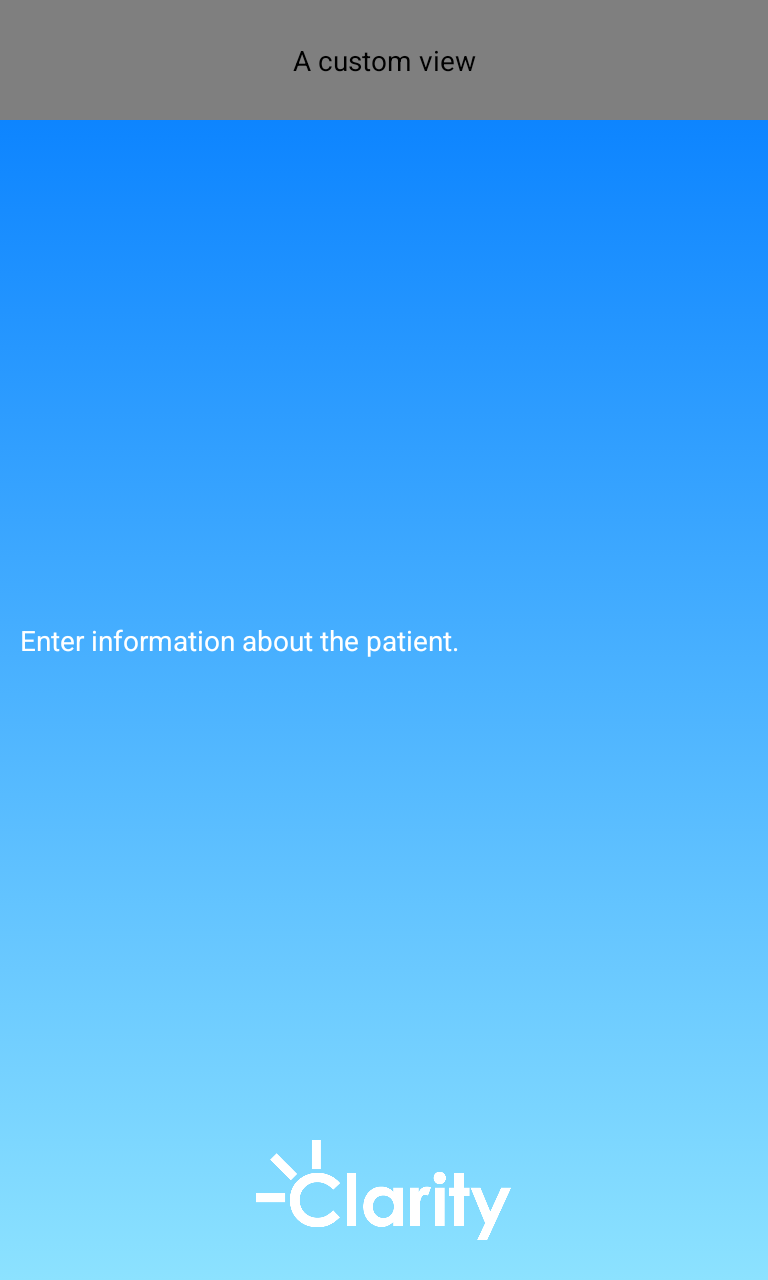
Repository: jballands/ClarityAndroid
Layout: ClarityForAndroid/res/layout/activity_cap_demo.xml
These files come from the project's save history. The layout is drawn as it stood at one moment and after the next save; the edit follows.
Pictures or frames that could not be fetched are drawn as grey boxes. It is drawn on a 768 x 1280 px phone screen (xhdpi) without system bars, with theme AppTheme; the app's code is not run.

Above is the layout before, as saved 2013-11-21 20:03:41.

### ClarityForAndroid/res/layout/activity_cap_demo.xml
<?xml version="1.0" encoding="utf-8"?>
<RelativeLayout xmlns:android="http://schemas.android.com/apk/res/android"
    android:layout_width="fill_parent"
    android:layout_height="fill_parent"
    android:background="@color/welcome_gradient"
    android:orientation="vertical" >

    <com.clarityforandroid.views.CurrentUserView
        android:id="@+id/currentUserView"
        android:layout_width="match_parent"
        android:layout_height="60dp"
        android:layout_alignParentTop="true"
        android:contentDescription="@string/custom_descript" />

    <RelativeLayout
        android:layout_width="fill_parent"
        android:layout_height="wrap_content"
        android:layout_centerInParent="true"
        android:paddingLeft="10sp"
        android:paddingRight="10sp" >

        <TextView
			android:id="@+id/userId"
		    android:layout_width="wrap_content"
		    android:layout_height="wrap_content"
		    android:text="@string/cap_demo_message"
		    android:textColor="#FFFFFF"
		    android:contentDescription="@string/textview_descript" />

    </RelativeLayout>

    <ImageView
        android:id="@+id/logo"
        android:layout_width="wrap_content"
        android:layout_height="50dp"
        android:layout_alignParentBottom="true"
        android:layout_centerHorizontal="true"
        android:layout_marginBottom="20sp"
        android:layout_marginTop="20sp"
        android:contentDescription="@string/image_descript"
        android:src="@drawable/full_logo" />

</RelativeLayout>

### ClarityForAndroid/res/color/welcome_gradient.xml
<?xml version="1.0" encoding="utf-8"?>
<selector xmlns:android="http://schemas.android.com/apk/res/android">
<item>
    <shape>
        <gradient
            android:angle="90"
            android:startColor="#8CE2FF"
            android:endColor="#007BFF"
            android:type="linear" />
    </shape>
</item>
</selector>

### ClarityForAndroid/res/values/strings.xml
<?xml version="1.0" encoding="utf-8"?>
<resources>

    <string name="app_name">Clarity</string>
    <string name="copyrightInfo">©2014 Akshay Sharma, Aditya Johri, Jonathan Ballands, Samuel Gillispie</string>
    <string name="menu_settings">Settings</string>

    <string name="image_descript">An image</string>
    <string name="custom_descript">A custom view</string>
    <string name="textview_descript">A text view</string>
    <string name="logout_message">Sign Out</string>
    <string name="search_patient_message">Query</string>
    <string name="welcome_message">You must sign in to use Clarity.</string>
    <string name="username_hint">Username</string>
    <string name="password_hint">Password</string>
    <string name="firstname_hint">First name</string>
    <string name="middlename_hint">Middle name</string>
    <string name="lastname_hint">Last name</string>
    <string name="login_message">Sign in</string>
    <string name="dismiss_message">OK</string>
    <string name="trace_message">Trace</string>
    <string name="pref_message">System</string>
    <string name="error_title">Unexpected Error</string>
    <string name="your_token">Your session token:</string>
    <string name="male">Male</string>
    <string name="female">Female</string>
    <string name="dobMsg">Patient Date of Birth:</string>
    <string name="next_message">Next</string>
    <string name="location_hint">Location</string>
    <string name="genderMsg">Patient Sex:</string>
    <string name="bad_fields_title">Invalid Fields</string>
    <string name="camera_start_message">Take a Picture</string>
    <string name="skip_camera_message">Skip This Step</string>
    <string name="qr_start_message">Scan QR Code</string>
    <string name="bad_qr_title">Invalid QR Code</string>
    <string name="create_client">Create Client</string>
    <string name="no_location">No location specified.</string>

    <string name="generic_error">Unfortunately, an error has occurred. Please try again later.</string>
    <string name="no_internet">Your Android device must be connected to the Internet in order to use Clarity. Please
        check that you are connected to a cellular network or Wifi before continuing. Go to your system settings to
        enable Internet access.</string>
    <string name="sign_in_error">The username/password combination you entered was not recognized.
        Review your credentials and try again.</string>
    <string name="sign_out_reassurance">Are you sure you would like to sign out?</string>
    <string name="leave_CAP_reassurance">Are you sure you would like to quit the creation process?</string>
    <string name="skip_step_reassurance">Are you sure you want to skip taking a picture of the client? Taking a picture
        is highly recommended.</string>
    <string name="sign_out_wait">Signing out</string>
    <string name="sign_in_wait">Signing in</string>
    <string name="create_patient_wait">Communicating with server</string>
    <string name="invalid_session">The session token is no longer valid.</string>
    <string name="cap_demo_message">Enter information about the patient.</string>
    <string name="bad_fields">Please enter information into all fields that appear in red.</string>
    <string name="cameraInstructions">Take a picture of the client.</string>
    <string name="systemInstructions">Current session info is displayed. To go back, press the back button on your device.</string>
    <string name="qrInstructions">Scan a Clarity QR Code for the client\'s ticket.</string>
    <string name="bad_qr_message">The QR code you scanned was invalid. Ensure you are only using QR codes
        generated by the Clarity Console and try again.</string>
    <string name="overview_confirmation">Are these settings okay? To go back, press the back button on your device.</string>
    <string name="invalid_token">The session token is no longer valid.</string>
    <string name="malformed_data">The session token is no longer valid.</string>
    <string name="server_error">The server is experiencing technical difficulties. Please try again later.</string>

    <!-- API -->
	<string name="session_begin_stable">https://clarity-db.appspot.com/api/session_begin</string>
	<string name="session_begin_unstable">http://spgill.net:8000/api/session_begin</string>

	<string name="session_end_stable">https://clarity-db.appspot.com/api/session_end</string>
	<string name="session_end_unstable">http://spgill.net:8000/api/session_end</string>

	<string name="ticket_get_stable">https://clarity-db.appspot.com/api/ticket_get</string>
	<string name="ticket_get_unstable">http://spgill.net:8000/api/ticket_get</string>

	<string name="client_create_stable">https://clarity-db.appspot.com/api/client_create</string>
	<string name="client_create_unstable">http://spgill.net:8000/api/client_create</string>

	<!-- General Strings -->
	<string name="version_number_stable">v0.0.1-S2</string>
	<string name="version_number_unstable">v0.0.1-U2</string>

    <!-- activity_main -->
    <string name="activity_main_clientmsg">Client Services</string>
    <string name="activity_main_create">Create</string>
    <string name="activity_main_find">Find</string>
    <string name="activity_main_ticketmsg">Ticket Services</string>
    <string name="activity_main_scan">Scan</string>
    <string name="activity_main_open">Open</string>
    <string name="activity_main_systemmsg">System</string>
    <string name="activity_main_session">Session</string>
    <string name="activity_main_signout">Sign Out</string>
    <string name="activity_main_scan_wait">Communicating with server</string>
    <string name="activity_main_scan_noticket">The ticket cannot be found. Ensure you are using a valid ticket and try again.</string>
    <string name="activity_main_scan_malformed">Unfortunately, an error has occurred. Please try again later.</string>

</resources>

Loaded but not shown: ClarityForAndroid/res/values/styles.xml (common file)

After the next save:
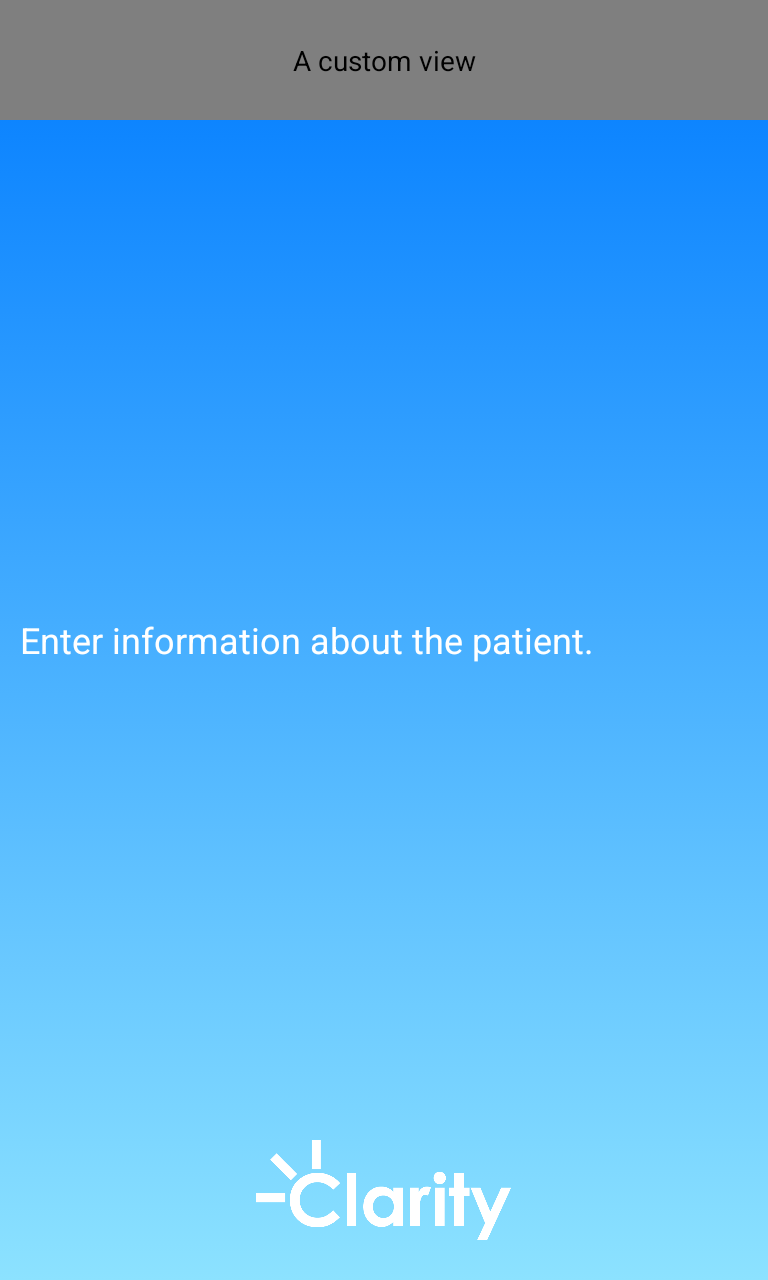
Saved 2 min 43 s later.
--- a/ClarityForAndroid/res/layout/activity_cap_demo.xml
+++ b/ClarityForAndroid/res/layout/activity_cap_demo.xml
@@ -24,6 +24,7 @@
 		    android:layout_width="wrap_content"
 		    android:layout_height="wrap_content"
 		    android:text="@string/cap_demo_message"
+		    android:textSize="18sp"
 		    android:textColor="#FFFFFF"
 		    android:contentDescription="@string/textview_descript" />
 
